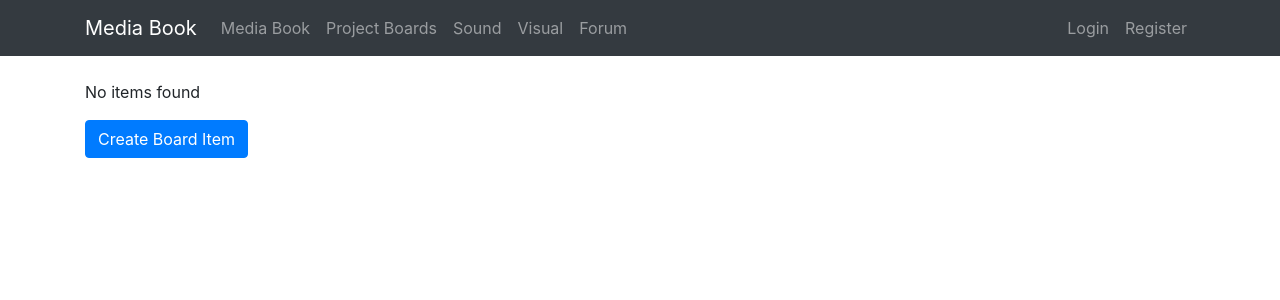
Repository: NateClarkTech/Software-Engineering-3
Page: IdeaBoards/templates/boarddetail.html
These files come from the project's save history. The page is drawn as it stood at one moment and after the next save; the edit follows.
The browser window is 1280 px wide. The pictures show the whole page.
Some web libraries are served in a nearby version. The template is drawn by Django 5.2. The application's start-up code is not run. The template is opened directly, without the code that normally fills it, so the values that code supplies are empty.

Above is the page before, as saved 2024-04-11 09:25:03.

After the next save:
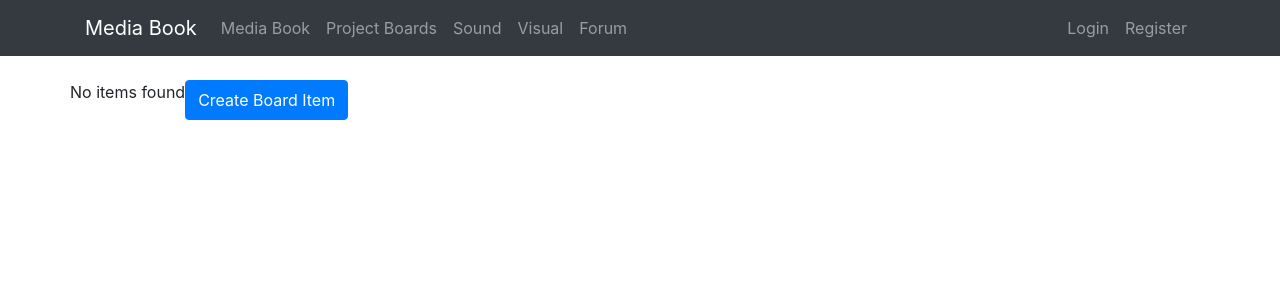
Saved 17 s later.
--- a/IdeaBoards/templates/boarddetail.html
+++ b/IdeaBoards/templates/boarddetail.html
@@ -35,7 +35,7 @@
         <p>{{ board.description }}</p>
     </div>
 
-    <div>
+    <div class='row'>
         {% if items %}
             {% for item in items %}
             <div class="card">
